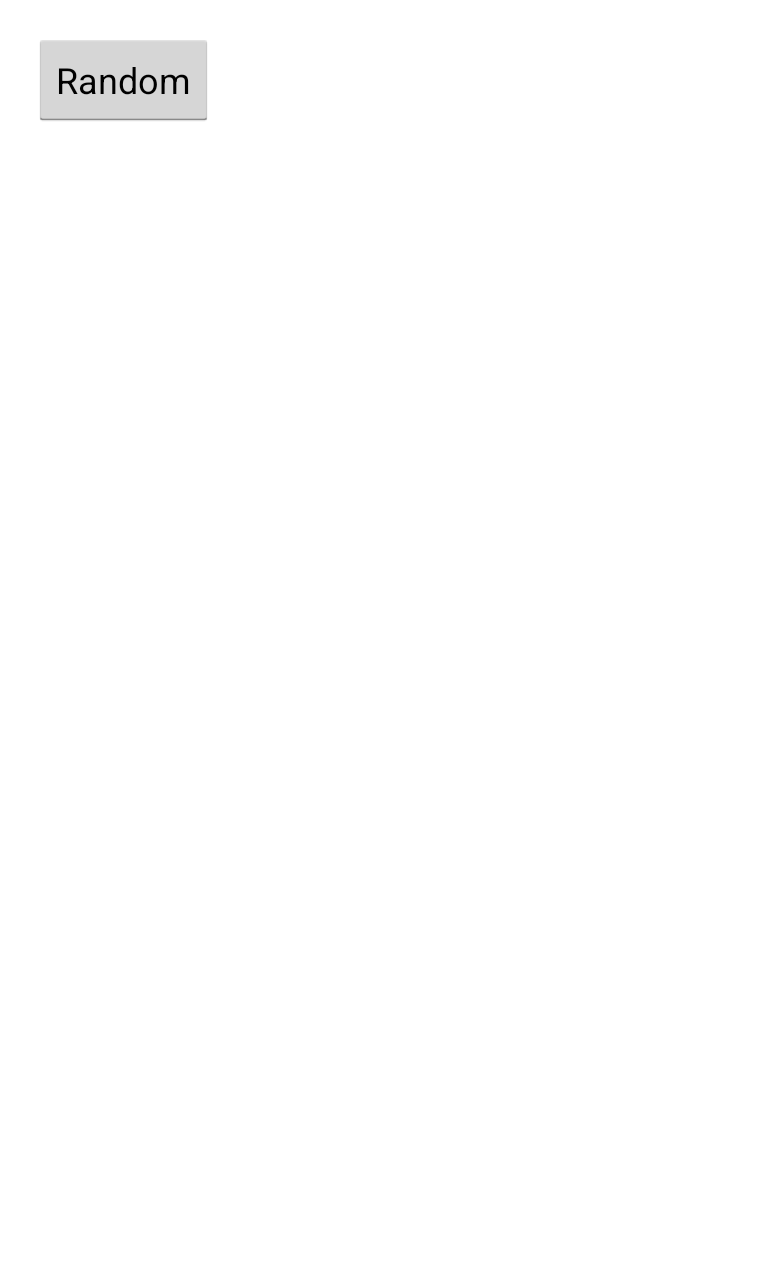
Repository: ek222mw/IDV436_API_Komponent
Layout: Labb1/res/layout/activity_main.xml
An editor plug-in stored every save of this project. The layout is shown before and after the next save, followed by the edit.
It is drawn on a 768 x 1280 px phone screen (xhdpi) without system bars, with theme AppTheme; the app's code is not run.

Above is the layout before, as saved 2014-11-14 09:53:55.

### Labb1/res/layout/activity_main.xml
<LinearLayout xmlns:android="http://schemas.android.com/apk/res/android"
    xmlns:tools="http://schemas.android.com/tools"
    android:layout_width="match_parent"
    android:layout_height="match_parent"
    android:paddingBottom="@dimen/activity_vertical_margin"
    android:paddingLeft="@dimen/activity_horizontal_margin"
    android:paddingRight="@dimen/activity_horizontal_margin"
    android:paddingTop="@dimen/activity_vertical_margin"
    tools:context="com.example.labb1.MainActivity"
    android:orientation="vertical"
     >

    <Button
        android:id="@+id/button_send"
        android:layout_width="wrap_content"
        android:layout_height="wrap_content"
        android:text="@string/random"
        android:layout_alignBottom="@+id/button_send"
        android:layout_centerHorizontal="true"
        android:layout_centerVertical="true"
        />


    <TextView
        android:id="@+id/randomInt"
        android:layout_width="wrap_content"
        android:layout_height="wrap_content"
        android:text="@string/randomInt"

         />


</LinearLayout>

### Labb1/res/values/strings.xml
<?xml version="1.0" encoding="utf-8"?>
<resources>

    <string name="app_name">Labb1</string>
    <string name="hello_world">Hello world!</string>
    <string name="action_settings">Settings</string>
    <string name="random">Random</string>
    <string name="randomInt"></string>

</resources>

Loaded but not shown: Labb1/res/values/styles.xml (common file); Labb1/res/values-v11/styles.xml (common file); Labb1/res/values-v14/styles.xml (common file); Labb1/res/values/dimens.xml (common file); Labb1/res/values-w820dp/dimens.xml (common file)

After the next save:
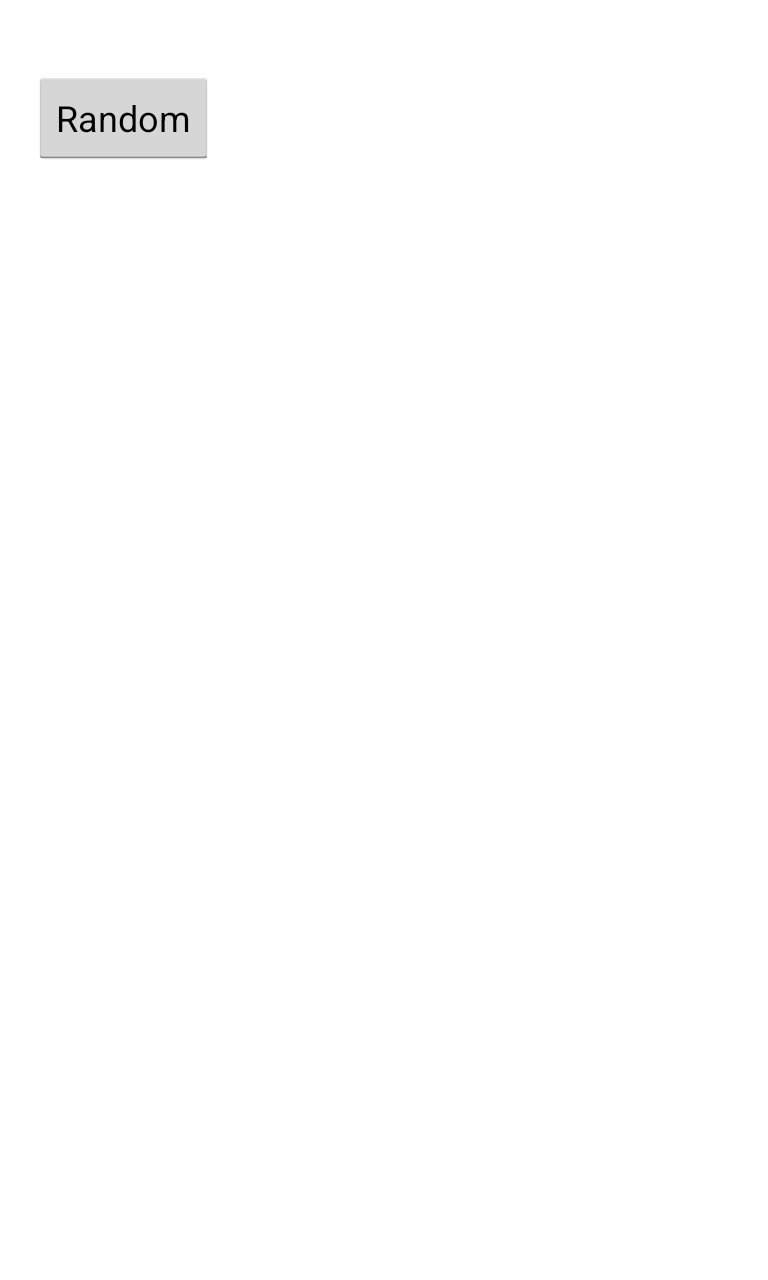
Saved 2 min 31 s later.
--- a/Labb1/res/layout/activity_main.xml
+++ b/Labb1/res/layout/activity_main.xml
@@ -10,18 +10,8 @@
     android:orientation="vertical"
      >
 
-    <Button
-        android:id="@+id/button_send"
-        android:layout_width="wrap_content"
-        android:layout_height="wrap_content"
-        android:text="@string/random"
-        android:layout_alignBottom="@+id/button_send"
-        android:layout_centerHorizontal="true"
-        android:layout_centerVertical="true"
-        />
 
-
-    <TextView
+      <TextView
         android:id="@+id/randomInt"
         android:layout_width="wrap_content"
         android:layout_height="wrap_content"
@@ -29,5 +19,16 @@
 
          />
 
+    <Button
+        android:id="@+id/button_send"
+        android:layout_width="wrap_content"
+        android:layout_height="wrap_content"
+        android:text="@string/random"
+      	android:layout_gravity="Center"
+        />
+
+
+
+
 
 </LinearLayout>
